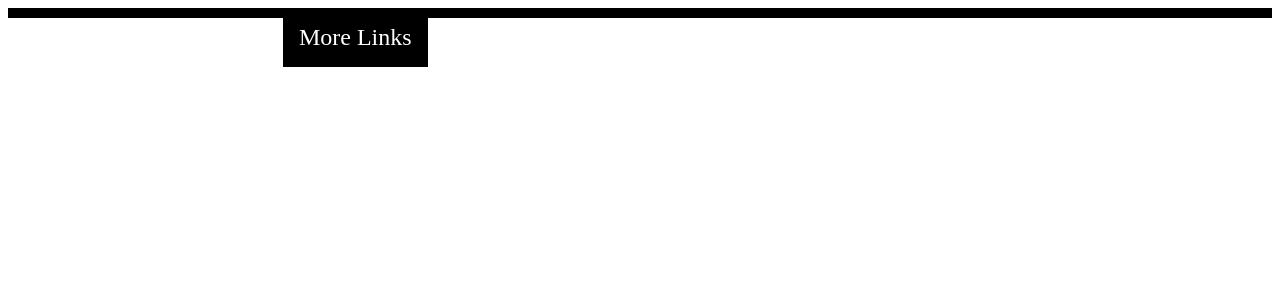
Repository: Artlepop/Artlepop.github.io
Page: index.html
The author's editor kept a record of every edit. The page is drawn from the files as they stood at one moment, then again after the next edit.
The browser window is 1280 px wide. The pictures show the whole page.

Above is the page before.

### index.html
<!DOCTYPE html>
<html>
  <head>

    <title>repl.it</title>

    <style>
      .navbar{
        background-color: black;
        width: 100%;
        height: 10px;
      }

      .navbar a{
        color: white;
        font-size: 24px;
        text-decoration: none;
        padding:16px;
        float:left;
      }

      .morelinks{
        color: White;
        font-size: 24px;
        text-decoration: none;
        padding:16px;
      }

      .navbar a:hover, .morelinks:hover{
        background-color: Purple;
      }

      .dropdown:hover .dropdown-content{
        display:block;
      }

      .dropdown-content{
        position: absolute;
        display: none;
      }

      .dropdown{
        background-color: Black;
        color: White;
        float: Left;
        text-decoration: none;
        font-size: 24px;
      }

      .dropdown a{
        background-color: Black;
        float: none;
        display: block;
      }



    </style>

  </head>
  <body>
    <div class="navbar">
      <a href="https://www.yahoo.com">Yahoo</a>
      <a href="https://www.google.com">Google</a>
      <a href="https://www.bing.com">Bing</a>
      <div class="dropdown">
        <div class="morelinks">More Links</div>
        <div class="dropdown-content">
          <a href="https://www.awseducate.com">AWS Educate</a>
          <a href="https://www.collegeboard.org">College Board</a>
        </div>
      </div>
    </div>

  </body>
</html>

After the next edit:
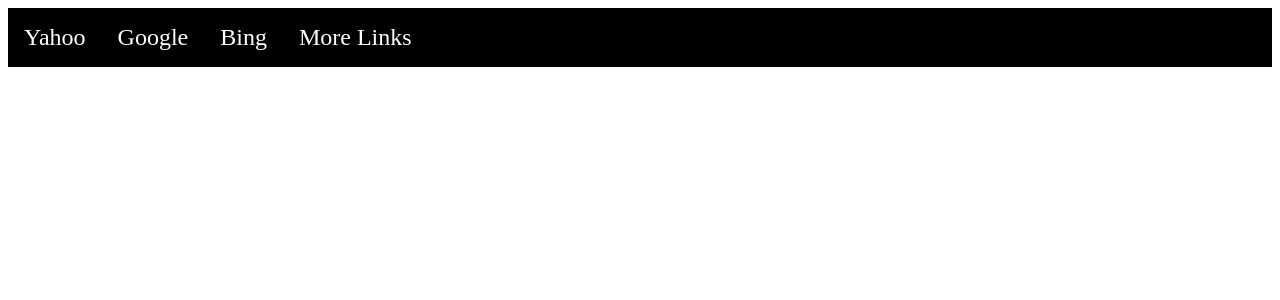
The edit:
--- a/index.html
+++ b/index.html
@@ -7,11 +7,10 @@
     <style>
       .navbar{
         background-color: black;
-        width: 100%;
-        height: 10px;
+        overflow: hidden;
       }
 
-      .navbar a{
+      .navbar a {
         color: white;
         font-size: 24px;
         text-decoration: none;
@@ -20,14 +19,14 @@
       }
 
       .morelinks{
-        color: White;
+        color: white;
         font-size: 24px;
         text-decoration: none;
         padding:16px;
       }
 
       .navbar a:hover, .morelinks:hover{
-        background-color: Purple;
+        background-color: pink;
       }
 
       .dropdown:hover .dropdown-content{
@@ -36,22 +35,25 @@
 
       .dropdown-content{
         position: absolute;
-        display: none;
+        z-index:  1;
+        display:none;
+        background-color: black;
       }
 
       .dropdown{
-        background-color: Black;
-        color: White;
-        float: Left;
+        background-color: black;
+        color: white;
+        float: left;
         text-decoration: none;
         font-size: 24px;
+
       }
 
-      .dropdown a{
-        background-color: Black;
+      .dropdown-content a{
         float: none;
-        display: block;
+        display:block;
       }
+
 
 
 
@@ -70,6 +72,7 @@
           <a href="https://www.collegeboard.org">College Board</a>
         </div>
       </div>
+
     </div>
 
   </body>
